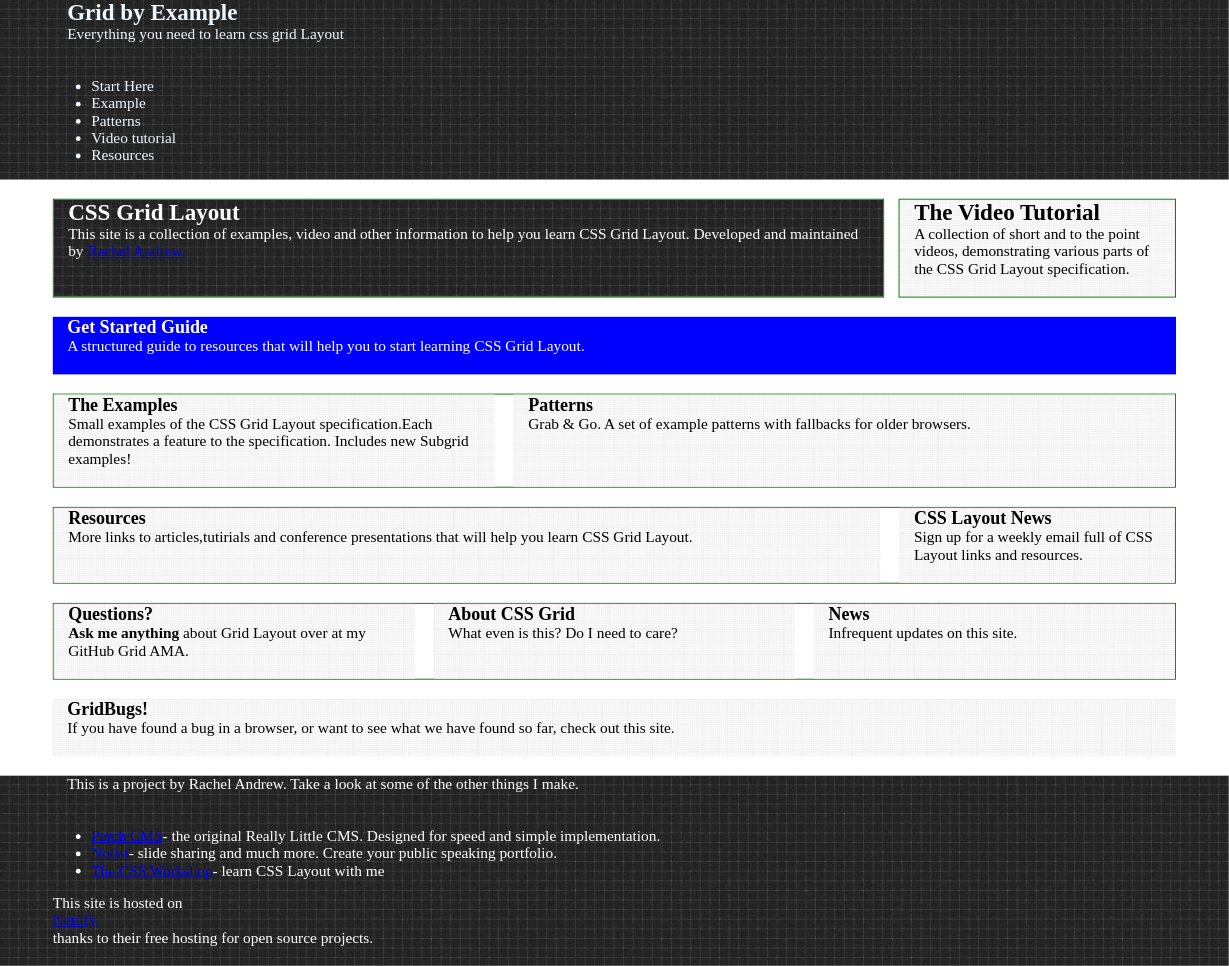
Repository: sitikhusushan/grid
Page: index.html
These files come from the project's save history. The page is drawn as it stood at one moment and after the next save; the edit follows.
The browser window is 1280 px wide. The pictures show the whole page, at 96% of full size.

Above is the page before, as saved 2020-05-12 22:58:09.

### index.html
<!DOCTYPE html>
<html lang="en">
  <head>
    <meta charset="UTF-8" />
    <meta name="viewport" content="width=device-width, initial-scale=1.0" />
    <title>Grid View</title>
    <link rel="stylesheet" href="style.css" />
  </head>
  <body>
    <div class="header">
      <div class="container">
        <h2>Grid by Example</h2>
        <p>Everything you need to learn css grid Layout</p>
        <ul>
          <li>Start Here</li>
          <li>Example</li>
          <li>Patterns</li>
          <li>Video tutorial</li>
          <li>Resources</li>
        </ul>
      </div>
    </div>
    <div class="layout">
      <div class="container">
        <div class="layouts">
        <div class="left">
          <h2>CSS Grid Layout</h2>
          <p>
            This site is a collection of examples, video and other information
            to help you learn CSS Grid Layout. Developed and maintained by
            <a href="#">Rachel Andrew.</a>
          </p>
        </div>
        <div class="right">
          <h2>The Video Tutorial</h2>
          <p>
            A collection of short and to the point videos, demonstrating various
            parts of the CSS Grid Layout specification.
          </p>
        </div>
      </div>
    </div>
    </div>
    <div class="guide ">
      <div class="container">
        <div class="guides">
        <h3>Get Started Guide</h3>
        <p>
          A structured guide to resources that will help you to start learning
          CSS Grid Layout.
        </p>
      </div>
      </div>
    </div>
    <div class="new">
      <div class="container">
        <div class="news">
        <div class="left">
          <h3>The Examples</h3>
          <p>
            Small examples of the CSS Grid Layout specification.Each
            demonstrates a feature to the specification. Includes new Subgrid
            examples!
          </p>
        </div>
        <div class="right">
          <h3>Patterns</h3>
          <p>
            Grab & Go. A set of example patterns with fallbacks for older
            browsers.
          </p>
        </div>
      </div>
    </div>
    </div>
    <div class="resources">
      <div class="container">
        <div class="rs">
        <div class="left">
          <h3>Resources</h3>
          <p>
            More links to articles,tutirials and conference presentations that
            will help you learn CSS Grid Layout.
          </p>
        </div>
        <div class="right">
          <h3>CSS Layout News</h3>
          <p>
            Sign up for a weekly email full of CSS Layout links and resources.
          </p>
        </div>
      </div>
    </div>
    </div>
    <div class="question">
      <div class="container">
        <div class="qs">
        <div class="left">
          <h3>Questions?</h3>
          <p>
            <b>Ask me anything</b> about Grid Layout over at my GitHub Grid AMA.
          </p>
        </div>
        <div class="middle">
          <h3>About CSS Grid</h3>
          <p>What even is this? Do I need to care?</p>
        </div>
        <div class="right">
          <h3>News</h3>
          <p>Infrequent updates on this site.</p>
        </div>
      </div>
      </div>
    </div>
    <div class="bugs">
      <div class="container">
        <div class="bug">
        <h3>GridBugs!</h3>
        <p>
          If you have found a bug in a browser, or want to see what we have
          found so far, check out this site.
        </p>
      </div>
    </div>
    </div>
  <footer>
    <div class="foo">
      <div class="container">
      <p>This is a project by Rachel Andrew. Take a look at some of the other things I make.
        <ul>
          <li><a href="#">Perch CMS</a>- the original Really Little CMS. Designed for speed and simple implementation.</li>
          <li><a href="#">Notist</a>- slide sharing and much more. Create your public speaking portfolio.</li>
          <li><a href="#">The CSS Workshop</a>- learn CSS Layout with me</li>
        </ul>
        This site is hosted on <a href="#">Netilfy,</a>thanks to their free hosting for open source projects.
      </p>
      </div>
    </div>
  </footer>
  </body>
</html>

### style.css
body {
  padding: 0px;
  margin: 0px;
}

.container {
  display: grid;
  width: 1170px;
  margin-left: auto;
  margin-right: auto;
  max-width: 100%;
  padding-left: 15px;
  padding-right: 15px;
}

/* * {
  -webkit-box-sizing: border-box;
  -moz-box-sizing: border-box;
  box-sizing: border-box;
} */

.header {
  background-image: url("image/inflicted.png");
  color: aliceblue;
}

.layout .left {
  background-image: url("image/inflicted.png");
  color: #ffffff;
}

.right {
  background-image: url("image/tiny_grid.png");
}

.guides {
  width: 100%;
  background-color: blue;
  color: #ffffff;
}

.left {
  background-image: url("image/tiny_grid.png");
}

.middle {
  background-image: url("image/tiny_grid.png");
}

.bug {
  background-image: url("image/tiny_grid.png");
  margin-bottom: 20px;
}

footer {
  background-image: url("image/inflicted.png");
  color: #ffffff;
}

.layouts {
  display: grid;
  grid-template-columns: 3fr 1fr;
  grid-gap: 15px;
  margin-top: 20px;
  margin-bottom: 20px;
}

.layouts > div {
  border: solid 1px green;
}

.news {
  display: grid;
  grid-template-columns: 2fr 3fr;
  grid-gap: 20px;
  margin-top: 20px;
  margin-bottom: 20px;
  border: solid 1px green;
}

.rs {
  display: grid;
  grid-template-columns: 3fr 1fr;
  grid-gap: 20px;
  border: solid 1px green;
}

.qs {
  display: grid;
  grid-template-columns: 1fr 1fr 1fr;
  grid-gap: 20px;
  margin-top: 20px;
  margin-bottom: 20px;
  border: solid 1px green;
}

h3,
p,
h2 {
  margin: 0px;
  padding-left: 15px;
  padding-right: 15px;
}

p {
  margin-bottom: 20px;
}

After the next save:
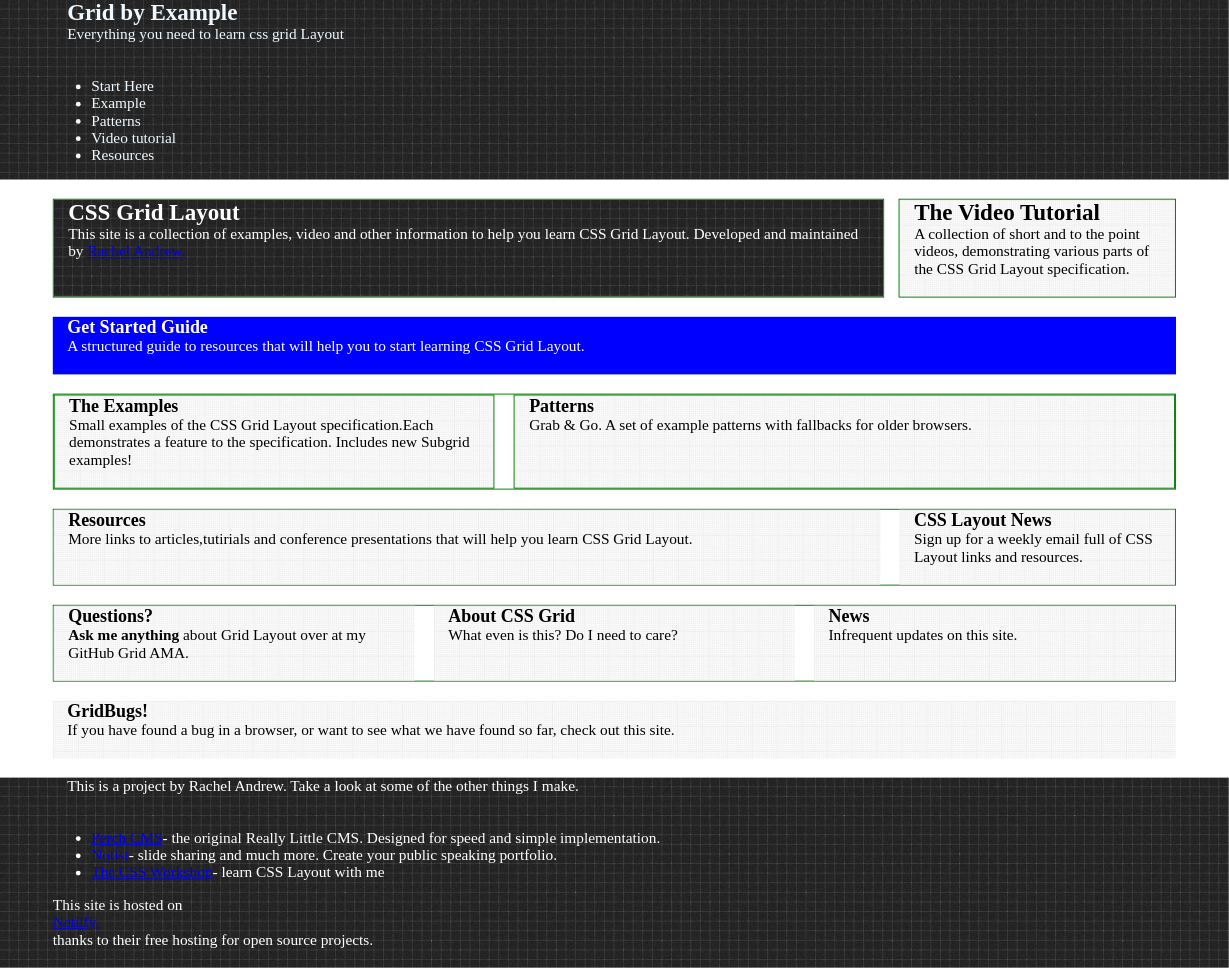
Saved 26 s later.
--- a/style.css
+++ b/style.css
@@ -78,6 +78,10 @@
   border: solid 1px green;
 }
 
+.news > div {
+  border: solid 1px green;
+}
+
 .rs {
   display: grid;
   grid-template-columns: 3fr 1fr;

After the save that followed:
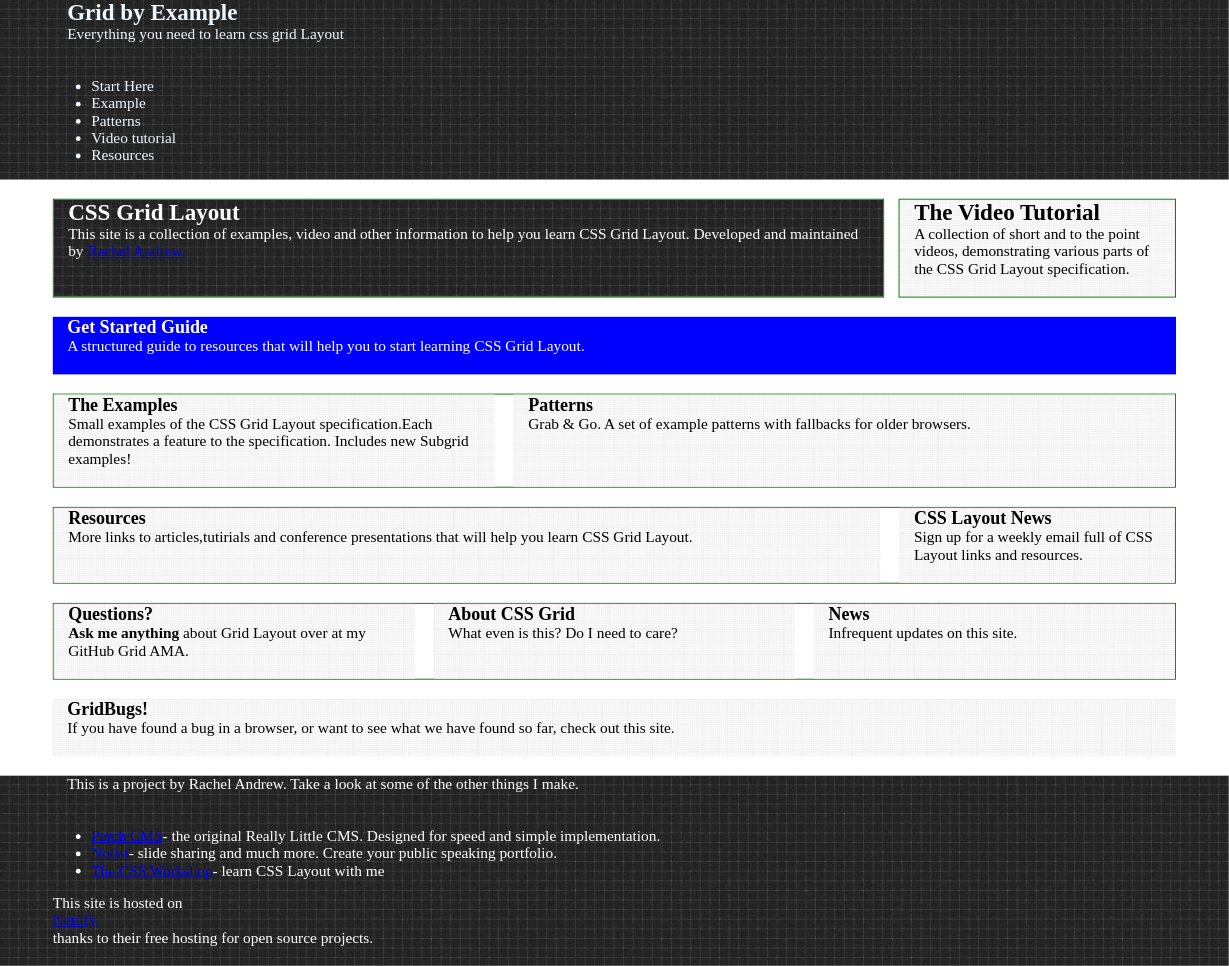
Saved 33 s later.
--- a/style.css
+++ b/style.css
@@ -78,10 +78,6 @@
   border: solid 1px green;
 }
 
-.news > div {
-  border: solid 1px green;
-}
-
 .rs {
   display: grid;
   grid-template-columns: 3fr 1fr;
